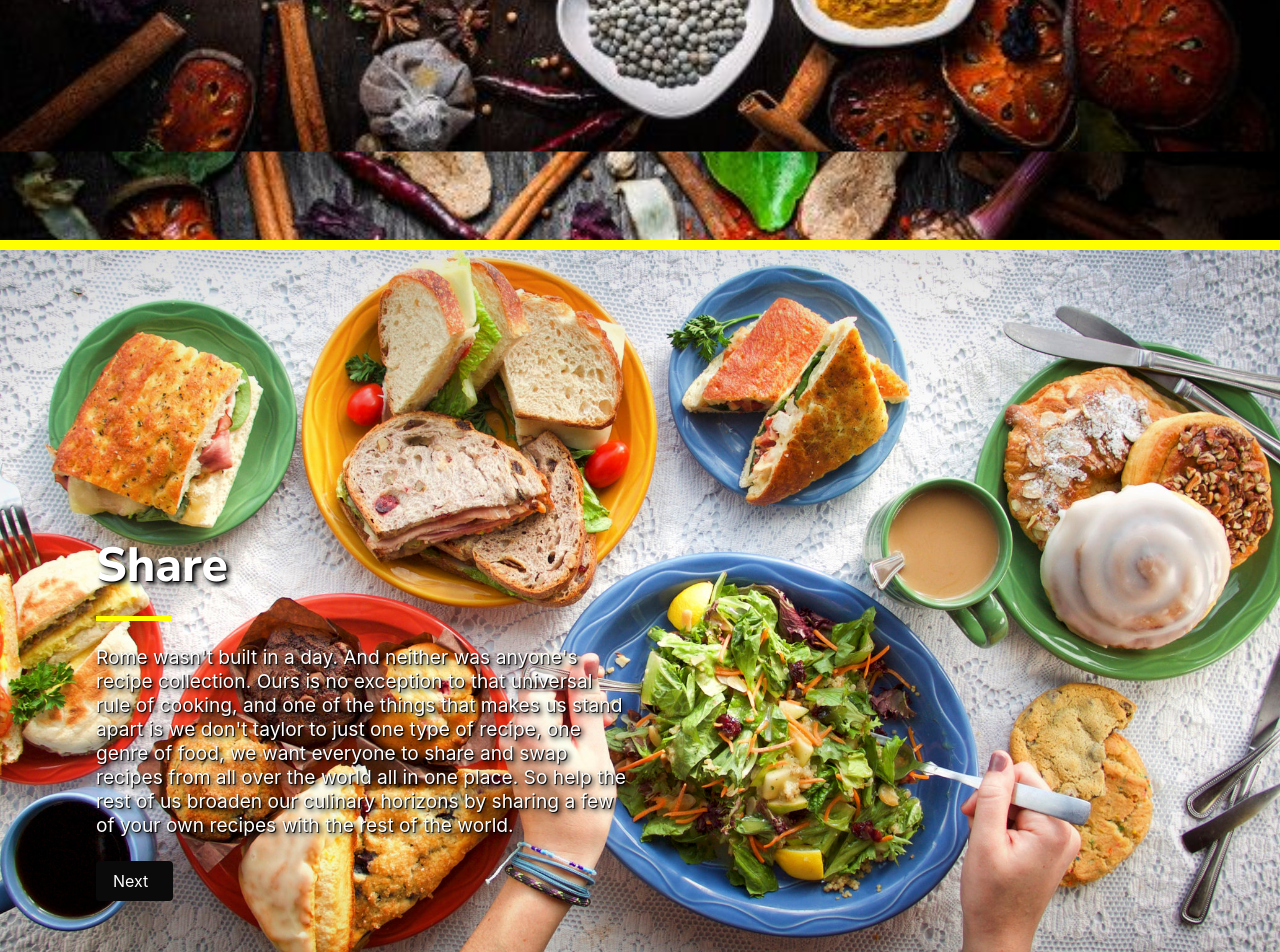
Repository: Amir-Hackett/RecipEZ
Page: assets/sub-pages/about-us.html
An editor plug-in stored every save of this project. The page is shown before and after the next save, followed by the edit.
The browser window is 1280 px wide. The pictures show the part of the page from y = 1197 to 2149 px (the page is 4027 px tall).
Some icons come from a web library that is not loaded, so they are not drawn. Backgrounds fixed to the window are drawn as part of the page. Some web libraries are served in a nearby version.

Above is the page before, as saved 2022-04-03 20:56:47.

### assets/sub-pages/about-us.html
<!DOCTYPE html>
<html>

  <head>
    <meta charset="utf-8">
    <meta http-equiv="X-UA-Compatible" content="IE=edge">
    <meta name="viewport" content="width=device-width, initial-scale=1">
    <title>RecipEZ About Us</title>
    <link href="https://fonts.googleapis.com/css2?family=Nunito+Sans:wght@400;600;800&display=swap" rel="stylesheet">
    <script src="https://kit.fontawesome.com/15181efa86.js" crossorigin="anonymous"></script>
    <link rel="stylesheet" href="https://unpkg.com/bulma@0.9.0/css/bulma.min.css" />
    <link rel="stylesheet" href="../css/about-us.css">
  </head>

  <body>
    <section class="hero is-medium">
      <div class="hero-body">
        <div class="container">
          <h1 class="title is-1 ">About RecipEZ<h1>
          <h2 class="subtitle">The last cooking reference you will ever need. <br> Discover, Share, Learn</h2>
          <a href="#discover" class="button is-white is-medium is-inverted">Learn More&ensp;<i class="fad fa-chevron-right"></i></a>
        </div>
      </div>
    </section>

    <section id="parallax-1" class="hero is-large ">
      <div class="hero-body">
        <div class="container">
          <div class="columns">
            <div id="discover" class="column is-6 is-offset-6">
              <h1 class="title is-1 ">Discover</h1>
              <hr class="content-divider">
              <h2 class="subtitle">We believe recipes should be easy to find, easy to understand, and as bare bones as possible to get you started. No one likes reading through 5 miles of blog post to find out the recipe that sounded like a great idea for dinner has that one ingredient the picky one will gag at the mere mention of. <br/>
              Here we will give you the recipe first, and the story second (if there is one worth reading). </h2></h2>
              <a href="#share" class="button is-white is-inverted">Next&ensp;<i class="fad fa-chevron-right"></i></a>
            </div>
          </div>
        </div>
      </div>
    </section>

    <section id="parallax-2" class="hero is-large ">
      <div class="hero-body">
        <div class="container">
          <div class="columns">
            <div class="column is-6">
              <h1 id="share" class="title is-1 ">Share</h1>
              <hr class="content-divider">
              <h2 class="subtitle">Rome wasn't built in a day. And neither was anyone's recipe collection. Ours is no exception to that universal rule of cooking, and one of the things that makes us stand apart is we don't taylor to just one type of recipe, one genre of food, we want everyone to share and swap recipes from all over the world all in one place. So help the rest of us broaden our culinary horizons by sharing a few of your own recipes with the rest of the world.   </h2>
              <a href="#learn" class="button is-white is-inverted">Next&ensp;<i class="fad fa-chevron-right"></i></a>
            </div>
          </div>
        </div>
      </div>
    </section>

    <section id="parallax-3" class="hero is-large ">
      <div class="hero-body">
        <div class="container">
          <div class="columns">
            <div class="column is-6 is-offset-6">
              <h1 id="learn" class="title is-1 ">Learn</h1>
              <hr class="content-divider">
              <h2 class="subtitle">Anyone who has spent any appreciable amount of time in a kitchen knows that cooking is an iterative learning process built upon experimentation, mistakes, and failure. Eventually we end up screwing up enough times and in enough different ways that we become the cooks we are today. With RecipEZ you have a chance to pass on that knowledge and experience to the rest of the world, or learn from the collective experience of all our contributors. <br/> Or Both. </h2>
              <a href="#meet" class="button is-white is-inverted">Next&ensp;<i class="fad fa-chevron-right"></i></a>
            </div>
          </div>
        </div>
      </div>
    </section>

    <section class="cta va">
      <div class="container">
        <div class="columns">
          <div class="column is-6">
            <h1 class="title is-1 ">Want to stay In-The-Know?</h1>
            <hr class="content-divider">
            <h2 class="subtitle">We know everyones inbox is proably already cluttered with a few thousand unread junk e-mails. So were not pushing, but if your into the newsletter thing heres where ours is. Just add in your name and e-mail address and we will send out a monthly newsletter with top rated recipes, new submissions, editors top pics for the month and who knows what else. If you don't want the extra clutter in your inbox, we totally get it. </h2>
          </div>
          <div class="column is-6">
            <div class="field">
              <label class="label">Name</label>
              <div class="control">
                <input class="input is-medium" type="text" placeholder="Jon Snow">
              </div>
            </div>
            <br>
            <div class="field">
              <label class="label">Email</label>
              <div class="control">
                <input class="input is-medium" type="email" placeholder="jon@winterfell.com">
              </div>
            </div>
            <br>
            <div class="field is-grouped">
              <div class="control">
                <button class="button is-white is-rounded is-outlined">Submit</button>
              </div>
            </div>
          </div>
        </div>
      </div>
    </section>

    <footer class="footer">
      <div class="content has-text-centered">
        <p>
          <strong>About Us</strong> by <a href="https://jgthms.com">RecipEZ</a>. The source code is licensed
          <a href="http://opensource.org/licenses/mit-license.php">MIT</a>. The website content
          is licensed <a href="http://creativecommons.org/licenses/by-nc-sa/4.0/">CC BY NC SA 4.0</a>.
        </p>
      </div>
    </footer>
  </body>

</html>

### assets/css/about-us.css
.va {
  display: flex;
  align-items: center;
}

.hero,
.cta {
  background-image: url(../images/all_the_colors.jpg);
  background-size: contain;
}

.cta {
  height: 500px;
  border-top: 10px solid turquoise;
}

footer {
  color: white;
  background: rgb(14, 14, 14) !important;
}

footer strong {
  color: turquoise;
}

footer a {
  color: turquoise;
}

.title {
  color: white;
  font-weight: 800;
  font-size: 4rem;
  font-family: 'Nunito Sans', sans-serif;
  text-shadow: 1px 1px 1px #000, 3px 3px 5px rgb(0, 0, 3);
}

.subtitle {
  color: white;
  font-size: 1.2rem;
  text-shadow: 1px 1px 1px #000, 3px 3px 5px rgb(0, 0, 3);
}

hr.content-divider {
  max-width: 75px;
  height: 5px;
}

#parallax-1 {
  background: url(../images/exotic_spices.jpg);
  background-attachment: fixed;
  background-position: center;
  background-repeat: no-repeat;
  background-size: cover;
  border-top: 10px solid coral;
}

#parallax-1 hr {
  background: coral;
}

#parallax-2 {
  background: url(../images/sharing_food.jpg);
  background-attachment: fixed;
  background-position: center;
  background-repeat: no-repeat;
  background-size: cover;
  border-top: 10px solid yellow;
}

#parallax-2 hr {
  background: yellow;
}

#parallax-3 {
  background: url(https://source.unsplash.com/featured/?city);
  background-attachment: fixed;
  background-position: center;
  background-repeat: no-repeat;
  background-size: cover;
  border-top: 10px solid hotpink;
}

#parallax-3 hr {
  background: hotpink;
}

.label {
  color: white;
}

input {
  background: transparent !important;
  border: 1px solid turquoise !important;
  color: white !important;
}

input::placeholder {
  color: white !important;
}

After the next save:
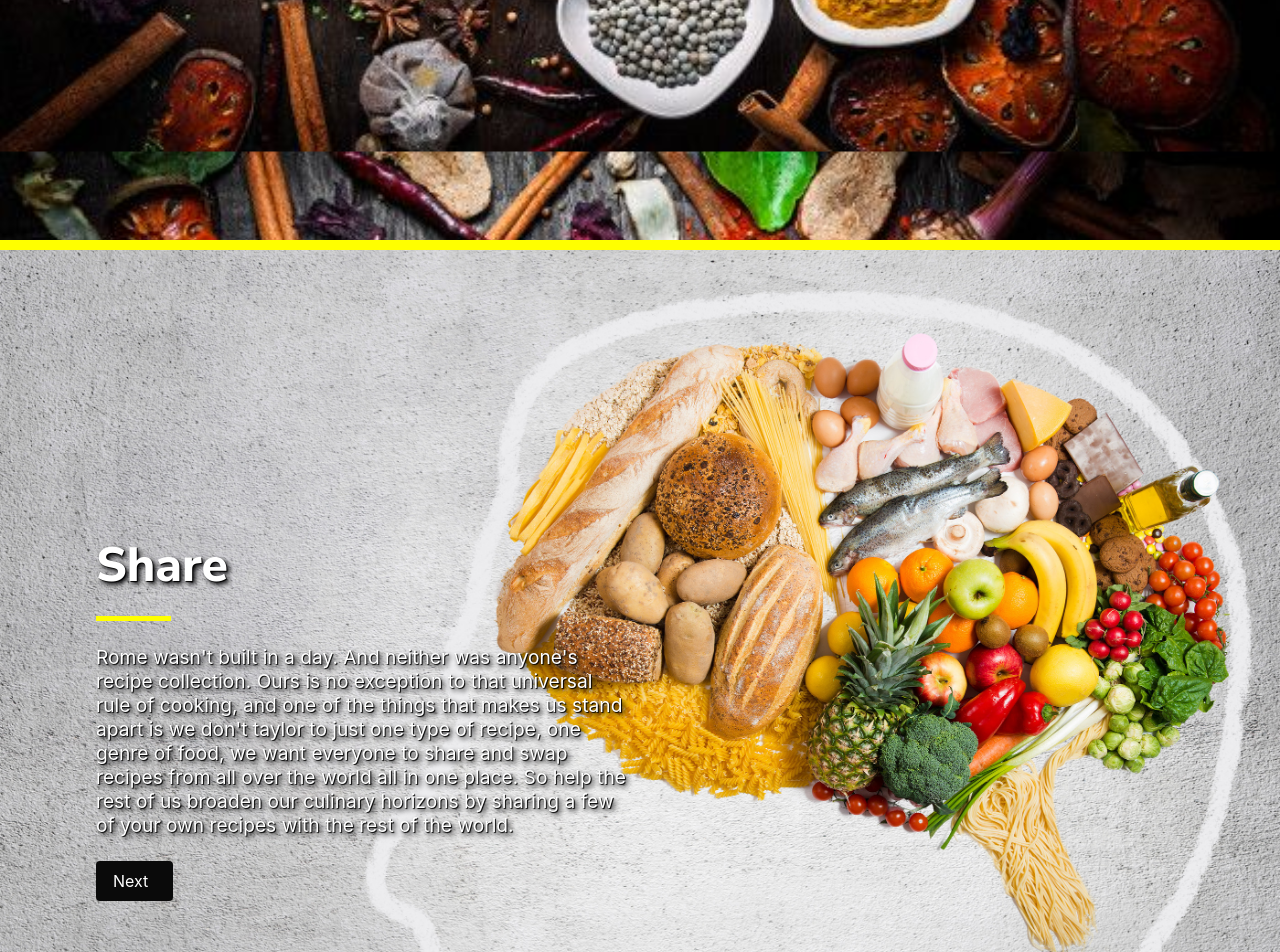
Saved 4 min 2 s later.
--- a/assets/css/about-us.css
+++ b/assets/css/about-us.css
@@ -60,7 +60,7 @@
 }
 
 #parallax-2 {
-  background: url(../images/sharing_food.jpg);
+  background: url(../images/learn.jpg);
   background-attachment: fixed;
   background-position: center;
   background-repeat: no-repeat;
